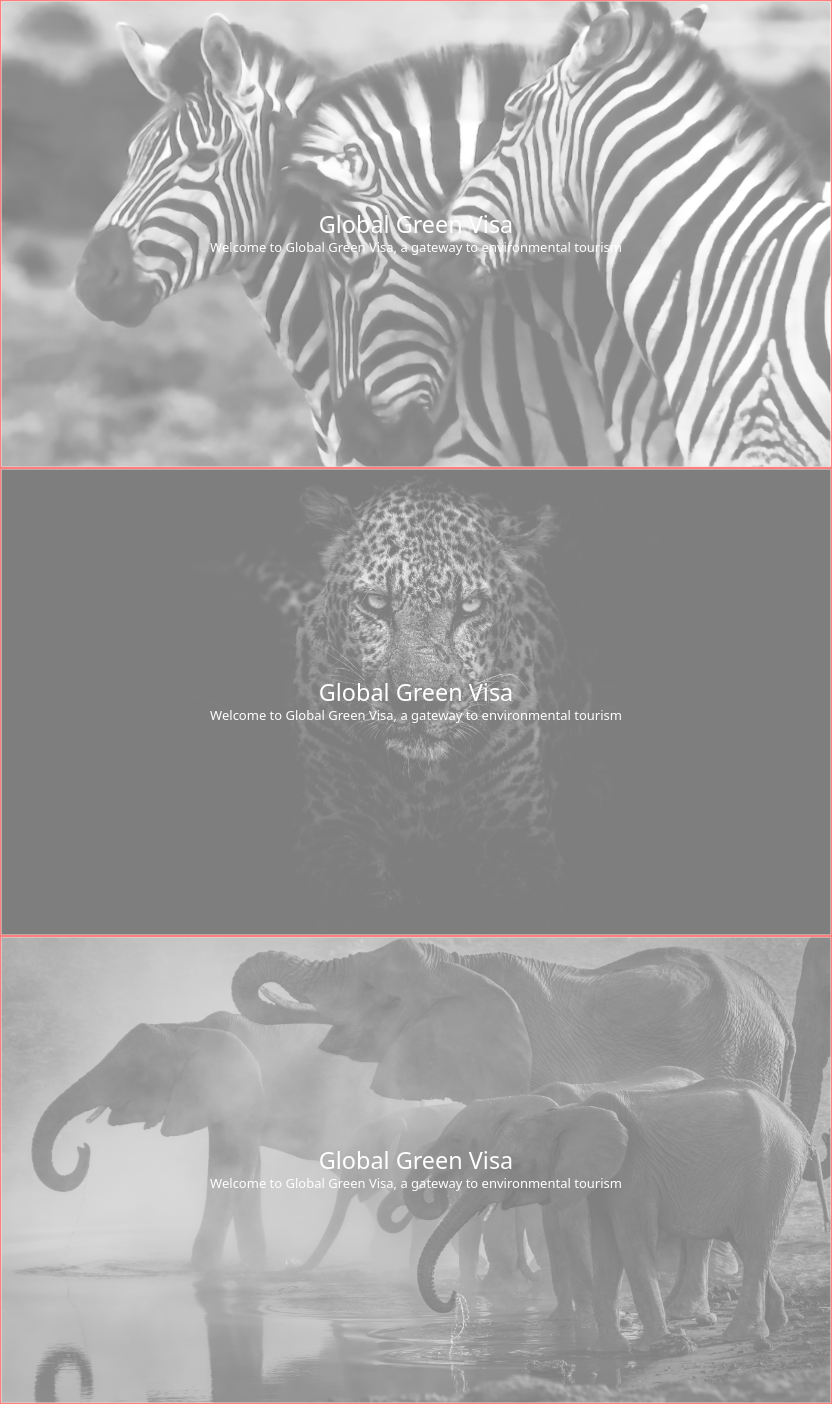
Repository: BrightonMboya/ggv-landingPage
Page: /
An editor plug-in stored every save of this project. The page is shown before and after the next save, followed by the edit.
The browser window is 1280 px wide. The pictures show the whole page, at 65% of full size.
The project was rebuilt for these pictures with package versions that can differ from the ones it lists, and the page was loaded fresh each time. The framework's server and built-in components were replaced by stand-ins that run in the browser. Also part of the build but not shown: next.config.js.

Above is the page before, as saved 2022-06-14 09:37:21.

### pages/index.js
import React from "react";
import styles from "../styles/Home.module.css";
import HomePage from "./HomePage";
import AboutUs from "./AboutUs";
import Contactus from "./Contactus";

// const index = () => {
//   return (
//     <React.Fragment>
//       <div className={`${styles.global} ${styles.container}`}>
//         <section className={`${styles.section}`}>
//           <HomePage />
//         </section>
//         <section className={`${styles.section}`}>
//           <AboutUs />
//         </section>
//         <section className={`${styles.section} ${styles.three}`}>
//           <Contactus />
//         </section>
//       </div>
//     </React.Fragment>
//   );
// };

const index = () => {
  return (
    <React.Fragment>
      {/* <div className={styles.global}>
        <div className={styles.container}>
          <section className={`${styles.section}`}>
            <HomePage />
          </section>
          <section className={`${styles.section} ${styles.two}`}>
            <AboutUs />
          </section>
          <section className={styles.section}>
            <Contactus />
          </section>
        </div>
      </div> */}

      <HomePage />
      <AboutUs />
      <Contactus />
    </React.Fragment>
  );
};

export default index;

### styles/Home.module.css
.global {
  margin: 0;
  padding: 0;
  box-sizing: border-box;
  font-family: sans-serif;
  /* border: 2px solid yellow; */
}
.section {
  /* height: 100vh; */
  display: flex;
  justify-content: center;
  align-items: center;
  scroll-snap-align: start;
}

.container {
  scroll-snap-type: y mandatory;
  overflow-y: scroll;
  height: 100vh;
  /* border: 2px solid red; */
}

.bgWrap {
  position: fixed;
  /* height: 100vh; */
  /* min-height: 80vh; */
  width: 100vw;
  overflow: hidden;
  z-index: -1;
  height: 100vh;
  /* background-size: cover;
  -webkit-background-size: cover;
  -moz-background-size: cover;
  -moz-background-size: cover;
  background: center no-repeat;
} */
}

.bg {
  /* max-width: 100%; */
  position: relative;
  opacity: 0.5;
  border: 2px solid red;
  /* height: 100vh; */
}

.content {
  display: inline-block;
  position: absolute;
  left: 50%;
  top: 50%;
  width: 100%;
  transform: translate(-50%, -50%);
}

@media (max-width: 480px) {
  .content p {
    margin: 0 auto;
    max-width: 300px;
  }
}

.two {
  background: rgb(211, 79, 79);
  background: linear-gradient(
      to bottom right,
      rgba(0, 1, 7, 0.7),
      rgb(78, 77, 77, 0.7)
    ),
    url("../public/about.jpg");
  background-size: cover;
  background-repeat: no-repeat;
  background-position: center;
  font-size: 45px;
  line-height: 65px;
  text-align: center;
  color: #ffffff;
}

### pages/HomePage.js
import React from "react";
import styled from "styled-components";
import Head from "next/head";
import styles from "../styles/Home.module.css";
import Image from "next/image";

const HomePage = () => {
  return (
    <div className="">
      <div className={`${styles.bgWrap} ${styles.bg}`}>
        <Image
          src="/home.jpg"
          layout="fill"
          // width={900}
          // height={800}
          objectFit="cover"
          quality={100}
        />
        <div className={styles.content}>
          <h2 className="text-white lg:text-4xl text-center text-2xl">
            Global Green Visa
          </h2>
          <p className="text-white lg:text-xl text-center text-md">
            Welcome to Global Green Visa, a gateway to environmental tourism
          </p>
        </div>
      </div>
    </div>
  );
};
export default HomePage;

// className="absolute lg:top-[50%] top-[6%]"
// className="lg:justify-center lg:items-center sm:h-0 lg:flex lg:h-[100vh]"

### pages/AboutUs.js
import Image from "next/image";
import styles from "../styles/Home.module.css";
import styled from "styled-components";
import Head from "next/head";
// import home from "./assets/home.jpg";

const AboutUs = () => {
  return (
    <div className="">
      <div className={`${styles.bgWrap} ${styles.bg}`}>
        <Image
          src="/about.jpg"
          layout="fill"
          // width={900}
          // height={800}
          objectFit="cover"
          quality={100}
        />
        <div className={styles.content}>
          <h2 className="text-white lg:text-4xl text-center text-2xl">
            Global Green Visa
          </h2>
          <p className="text-white lg:text-xl text-center text-md">
            Welcome to Global Green Visa, a gateway to environmental tourism
          </p>
        </div>
      </div>
    </div>
  );
};
export default AboutUs;

### pages/Contactus.js
import React from "react";
import Image from "next/image";
import styles from "../styles/Home.module.css";

const Contactus = () => {
  return (
    <div className="">
      <div className={`${styles.bgWrap} ${styles.bg}`}>
        <Image
          src="/contact.jpg"
          layout="fill"
          // width={900}
          // height={800}
          objectFit="cover"
          quality={100}
        />
        <div className={styles.content}>
          <h2 className="text-white lg:text-4xl text-center text-2xl">
            Global Green Visa
          </h2>
          <p className="text-white lg:text-xl text-center text-md">
            Welcome to Global Green Visa, a gateway to environmental tourism
          </p>
        </div>
      </div>
    </div>
  );
};

export default Contactus;

### tailwind.config.js
module.exports = {
  content: [
    "./pages/**/*.{js,ts,jsx,tsx}",
    "./components/**/*.{js,ts,jsx,tsx}"
  ],
  theme: {
    extend: {
      colors: {
        black: "#000107",
        slate: "#E3F1EF"
      }
    }
  },
  plugins: []
};

Loaded but not shown: pages/_app.js (common file); styles/globals.css (common file)

After the next save:
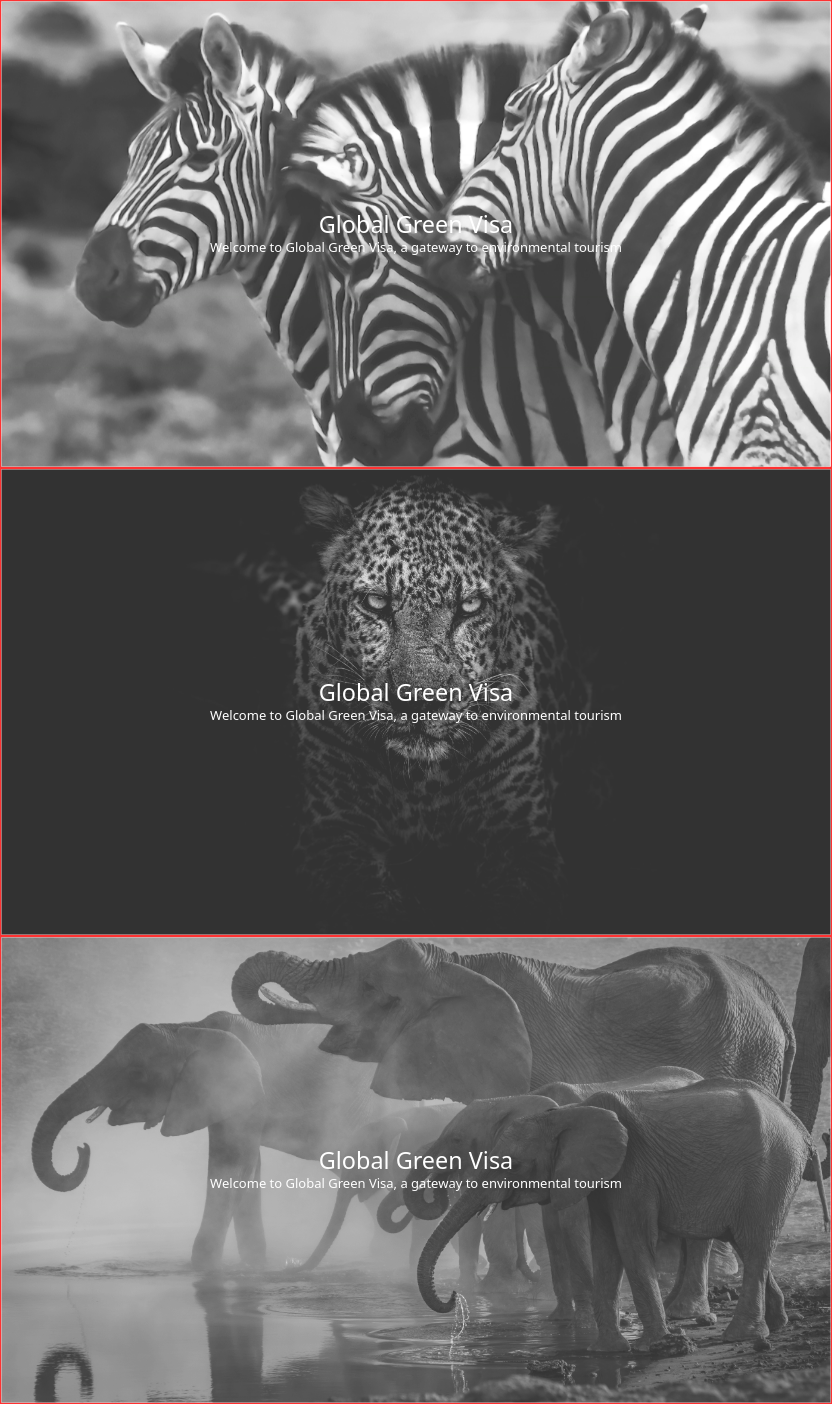
Saved 10 s later.
--- a/styles/Home.module.css
+++ b/styles/Home.module.css
@@ -39,7 +39,7 @@
 .bg {
   /* max-width: 100%; */
   position: relative;
-  opacity: 0.5;
+  opacity: 0.8;
   border: 2px solid red;
   /* height: 100vh; */
 }
